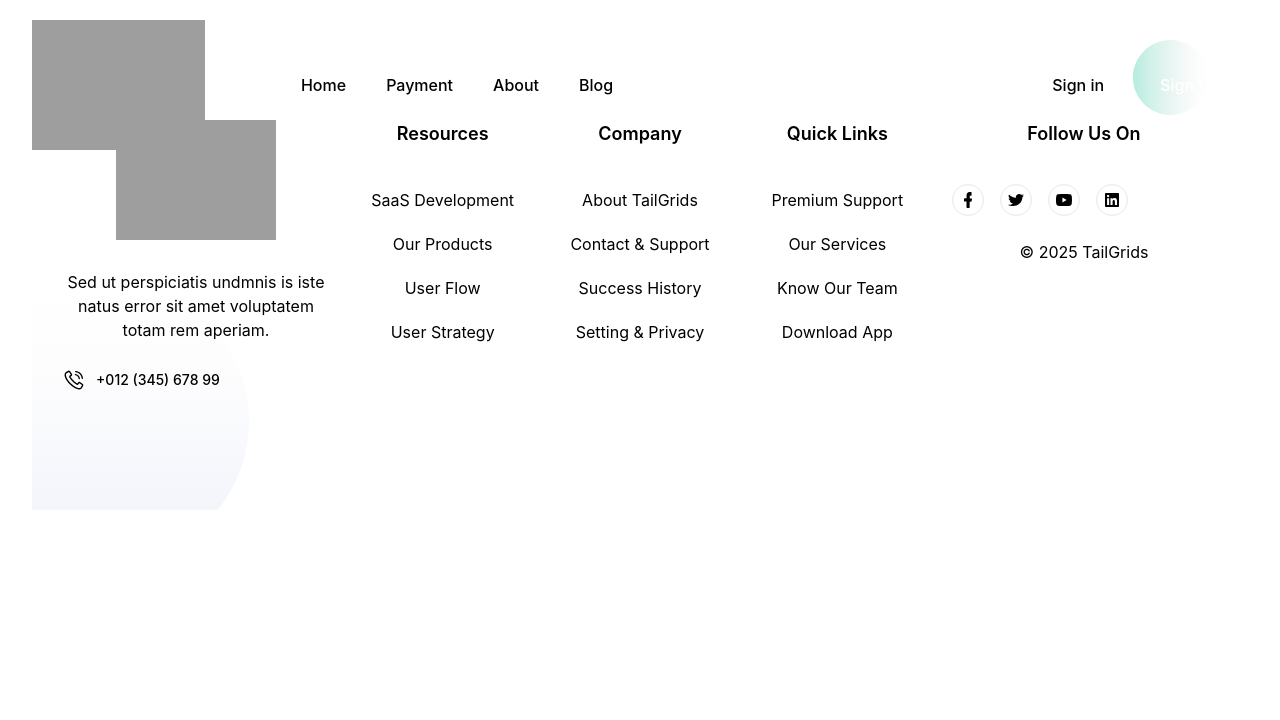
Repository: sayanroychaudhuri/React-One-Page-Ecommerce-Product-List
Page: /
These files come from the project's save history. The page is drawn as it stood at one moment and after the next save; the edit follows.
The browser window is 1280 px wide. The pictures show the whole page.
Pictures or frames that could not be fetched are drawn as grey boxes. The page's requests for data from a server got no answer. The project was rebuilt for these pictures with package versions that can differ from the ones it lists, and the page was loaded fresh each time. No one was signed in, and anything a server would have sent is missing.

Above is the page before, as saved 2024-01-31 19:58:06.

### src/App.js
import './App.css';
import Home from './components/products/Home';

function App() {
  return (
    <div className="App">
      <div className='container'><Home /></div>
    </div>
  );
}

export default App;

### src/components/products/Home.js
import React,{ Suspense, lazy,useEffect,useState } from 'react'
import Header from './Header';
import Footer from './Footer';
import axios from 'axios';

const ProductList = lazy(() => import('./ProductList.js'));

function Home() {
    const [products,setProducts] = useState([])
  const [pagination,setPagination] = useState({skip:0,total:0,currentPage:1})
  const getProductList = ()=>{
    axios.get(`https://dummyjson.com/products?limit=8&skip=${pagination.skip}`)
    .then(function (response) {
      // handle success
      let products = response.data.products;
      setProducts(products);
      setPagination({...pagination,total: Math.ceil(response.data.total/8)})
    })
    .catch(function (error) {
      // handle error
      console.log(error);
    })
}
const _changePage = (page)=>{
    setPagination({...pagination,currentPage: page,skip: ((8*page)-8)})
  }

  useEffect(() => {
    setProducts([])
    getProductList();
  }, [pagination.currentPage])
  return (
    <React.Fragment>
      <Header />
      {products.length> 0 &&
      <Suspense fallback={'<div>Loading</div>'}>
          <ProductList products={products} pagination={pagination} _changePagination={_changePage} />
        </Suspense> }
     <Footer />
  </React.Fragment>
  )
}

export default Home

### src/components/products/Header.js
import React, { useState } from "react";

const Header = () => {
  return (
    <>
      <Navbar />
    </>
  );
};

export default Header;

const Navbar = () => {
  const [open, setOpen] = useState(false);

  return (
    <header className={`absolute left-0 top-0 z-20 flex w-full items-center`}>
      <div className="container">
        <div className="relative -mx-4 flex items-center justify-between">
          <div className="w-60 max-w-full px-4">
            <a href="/#" className="block w-full py-5">
              <img
                src="https://cdn.tailgrids.com/2.0/image/assets/images/logo/logo.svg"
                alt="logo"
                className="w-full dark:hidden"
              />
              <img
                src="https://cdn.tailgrids.com/2.0/image/assets/images/logo/logo-white.svg"
                alt="logo"
                className="w-full hidden dark:block"
              />
            </a>
          </div>
          <div className="flex w-full items-center justify-between px-4">
            <div>
              <button
                onClick={() => setOpen(!open)}
                id="navbarToggler"
                className={` ${
                  open && "navbarTogglerActive"
                } absolute right-4 top-1/2 block -translate-y-1/2 rounded-lg px-3 py-[6px] ring-primary focus:ring-2 lg:hidden`}
              >
                <span className="relative my-[6px] block h-[2px] w-[30px] bg-body-color dark:bg-white"></span>
                <span className="relative my-[6px] block h-[2px] w-[30px] bg-body-color dark:bg-white"></span>
                <span className="relative my-[6px] block h-[2px] w-[30px] bg-body-color dark:bg-white"></span>
              </button>
              <nav
                id="navbarCollapse"
                className={`absolute right-4 top-full w-full max-w-[250px] rounded-lg bg-white px-6 py-5 shadow dark:bg-dark-2 lg:static lg:block lg:w-full lg:max-w-full lg:bg-transparent lg:shadow-none lg:dark:bg-transparent ${
                  !open && "hidden"
                } `}
              >
                <ul className="block lg:flex">
                  <ListItem NavLink="/#">Home</ListItem>
                  <ListItem NavLink="/#">Payment</ListItem>
                  <ListItem NavLink="/#">About</ListItem>
                  <ListItem NavLink="/#">Blog</ListItem>
                </ul>
              </nav>
            </div>
            <div className="hidden justify-end pr-16 sm:flex lg:pr-0">
              <a
                href="/#"
                className="px-7 py-3 text-base font-medium text-dark hover:text-primary dark:text-white"
              >
                Sign in
              </a>

              <a
                href="/#"
                className="rounded-lg bg-primary px-7 py-3 text-base font-medium text-white hover:bg-opacity-90"
              >
                Sign Up
              </a>
            </div>
          </div>
        </div>
      </div>
    </header>
  );
};

const ListItem = ({ children, NavLink }) => {
  return (
    <>
      <li>
        <a
          href={NavLink}
          className="flex py-2 text-base font-medium text-dark hover:text-primary dark:text-white lg:ml-10 lg:inline-flex"
        >
          {children}
        </a>
      </li>
    </>
  );
};

### tailwind.config.js
/** @type {import('tailwindcss').Config} */
module.exports = {
  content: [
    "./src/**/*.{js,jsx,ts,tsx}",
  ],
  theme: {
    container: {
      center: true,
      padding: '2rem'
    },
  },
  plugins: [],
}

### src/components/products/ProductList.js
import React from 'react';

function ProductList({products,pagination,_changePagination}) {
  const returnPagination =()=>{
    let eachSide = 1;
    let pgArr = [];
    if(pagination.total<= ((2*eachSide)+5)){
      for(let n=1;n<=pagination.total;n++){
        pgArr.push(n);
      }
    }else{
      switch (true) {
        case pagination.currentPage<=(eachSide+3):
          for(let n=1;n<=((2*eachSide)+3);n++){
            pgArr.push(n);
          }
          pgArr.push('...',pagination.total)
          break;
        case pagination.currentPage>=(pagination.total-(eachSide+2)):
          pgArr.push(1,'...')
          for(let n=(pagination.total-(2*eachSide)-2);n<=pagination.total;n++){
            pgArr.push(n);
          }
          break;
        default:
          pgArr.push(1,'...')
          for(let n=(pagination.currentPage-eachSide);n<=(pagination.currentPage+eachSide);n++){
            pgArr.push(n);
          }
          pgArr.push('...',pagination.total)
          break;
      }
    }
    return <nav aria-label="Page navigation example">
    <ul className="inline-flex -space-x-px text-sm">
      {pagination.currentPage!== 1 &&
      <li>
        <a href="#" onClick={()=>_changePage(pagination.currentPage-1)} className="flex items-center justify-center px-3 h-8 ms-0 leading-tight text-gray-500 bg-white border border-e-0 border-gray-300 rounded-s-lg hover:bg-gray-100 hover:text-gray-700 dark:bg-gray-800 dark:border-gray-700 dark:text-gray-400 dark:hover:bg-gray-700 dark:hover:text-white">Previous</a>
      </li> }
      {pgArr.length > 0 && pgArr.map((data,key)=>{
        return pagination.currentPage===data ?
        <li>
        <a href="#" onClick={()=>_changePage(data)} aria-current="page" className="flex items-center justify-center px-3 h-8 text-blue-600 border border-gray-300 bg-blue-50 hover:bg-blue-100 hover:text-blue-700 dark:border-gray-700 dark:bg-gray-700 dark:text-white">{data}</a>
      </li> :
        <li>
        <a href="#" onClick={()=>_changePage(data)} className="flex items-center justify-center px-3 h-8 leading-tight text-gray-500 bg-white border border-gray-300 hover:bg-gray-100 hover:text-gray-700 dark:bg-gray-800 dark:border-gray-700 dark:text-gray-400 dark:hover:bg-gray-700 dark:hover:text-white">{data}</a>
      </li>
      })}


      {pagination.currentPage!== pagination.total &&
      <li>
        <a href="#" onClick={()=>_changePage(pagination.currentPage+1)} className="flex items-center justify-center px-3 h-8 leading-tight text-gray-500 bg-white border border-gray-300 rounded-e-lg hover:bg-gray-100 hover:text-gray-700 dark:bg-gray-800 dark:border-gray-700 dark:text-gray-400 dark:hover:bg-gray-700 dark:hover:text-white">Next</a>
      </li>}
    </ul>
  </nav>
  }

  const _changePage = (page)=>{
    _changePagination(page)
  }
  return (
    <React.Fragment>
    <div className="bg-white">
      <div className="mx-auto max-w-2xl px-4 py-16 sm:px-6 sm:py-24 lg:max-w-7xl lg:px-8">
        <h2 className="text-2xl font-bold tracking-tight text-gray-900">List Of Products</h2>
        <div className="mt-6 grid grid-cols-1 gap-x-6 gap-y-10 sm:grid-cols-2 lg:grid-cols-4 xl:gap-x-8">
          {products.map((product) => (
            <div key={product.id} className="group relative">
              <div className="aspect-h-1 aspect-w-1 w-full overflow-hidden rounded-md bg-gray-200 lg:aspect-none group-hover:opacity-75 lg:h-80">
                <img
                  src={product.thumbnail}
                  alt={product.brand}
                  className="h-full w-full object-cover object-center lg:h-full lg:w-full"
                />
              </div>
              <div className="mt-4 flex justify-between">
                <div>
                  <h3 className="text-sm text-gray-700">
                    <a href={product.href}>
                      <span aria-hidden="true" className="absolute inset-0" />
                      {product.title}
                    </a>
                  </h3>
                  <p className="mt-1 text-sm text-gray-500">{product.description}</p>
                </div>
                <p className="text-sm font-medium text-gray-900">${product.price}</p>
              </div>
            </div>
          ))}
        </div>
      </div>
    </div>
    {pagination.total > 0 &&
    returnPagination()
     }
  </React.Fragment>
  )
}

export default ProductList

Loaded but not shown: public/index.html (common file); src/index.js (common file); src/index.css (common file); src/reportWebVitals.js (common file); src/App.css (common file); src/components/products/Footer.js (236 lines, source omitted)

After the next save:
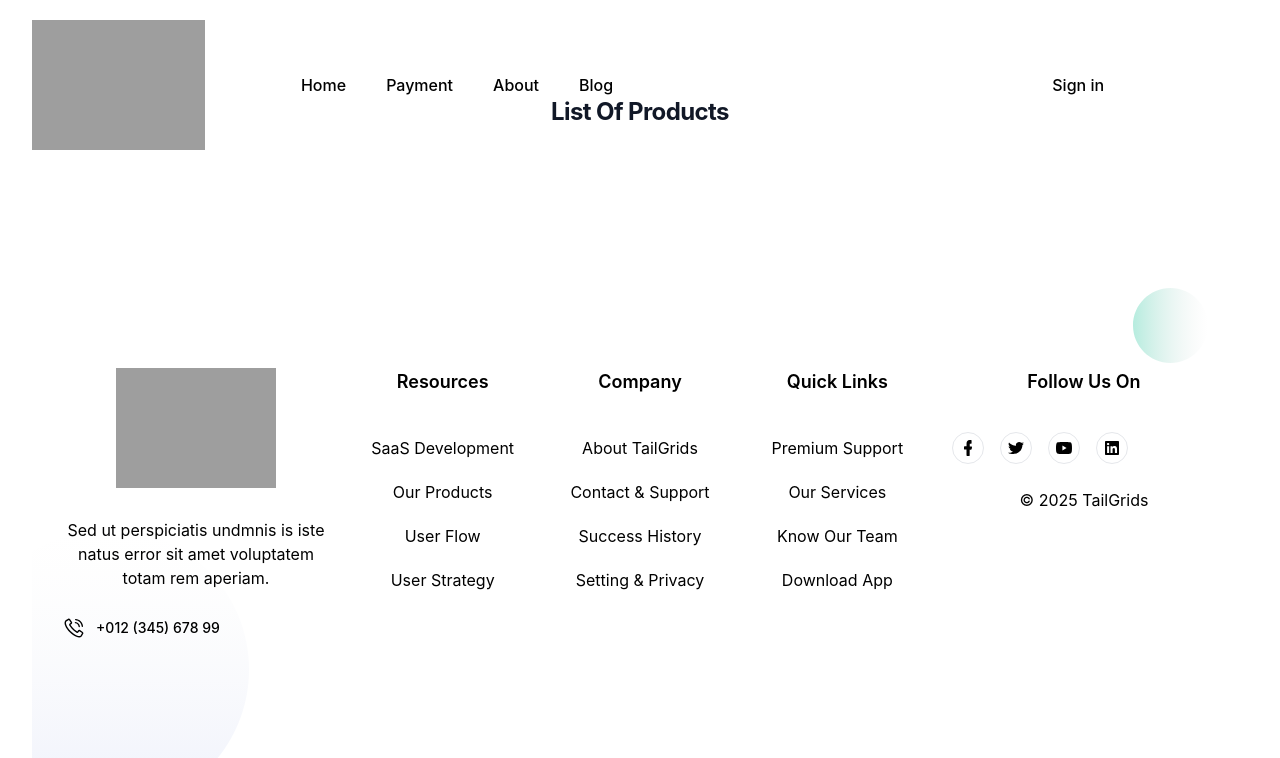
Saved 32 s later.
--- a/src/components/products/Home.js
+++ b/src/components/products/Home.js
@@ -32,10 +32,9 @@
   return (
     <React.Fragment>
       <Header />
-      {products.length> 0 &&
       <Suspense fallback={'<div>Loading</div>'}>
           <ProductList products={products} pagination={pagination} _changePagination={_changePage} />
-        </Suspense> }
+        </Suspense>
      <Footer />
   </React.Fragment>
   )

After the 2 saves that followed:
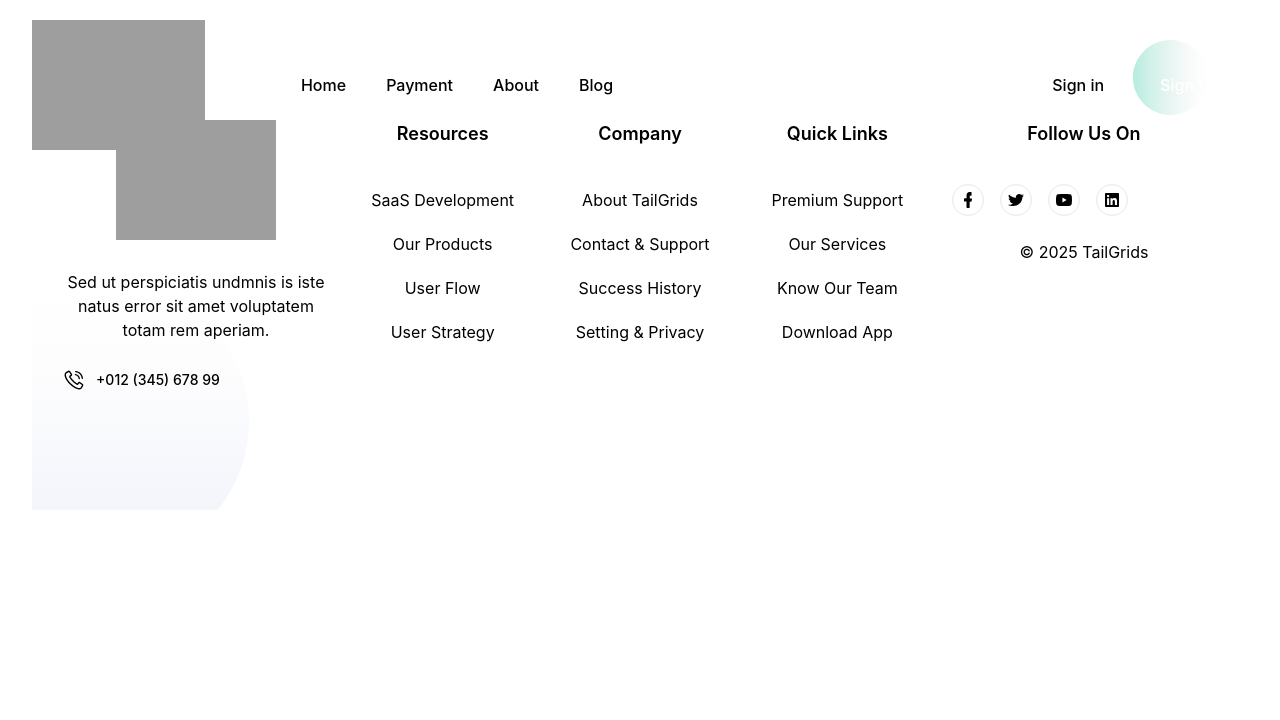
The 2 saves are shown as one change because 1 left the picture as it was.
The last was saved 117 s later.
--- a/src/components/products/Home.js
+++ b/src/components/products/Home.js
@@ -27,14 +27,17 @@
 
   useEffect(() => {
     setProducts([])
-    getProductList();
+    setTimeout(() => {
+        getProductList();
+    }, 1000);
   }, [pagination.currentPage])
   return (
     <React.Fragment>
       <Header />
+      {products.length> 0 &&
       <Suspense fallback={'<div>Loading</div>'}>
           <ProductList products={products} pagination={pagination} _changePagination={_changePage} />
-        </Suspense>
+        </Suspense>}
      <Footer />
   </React.Fragment>
   )
